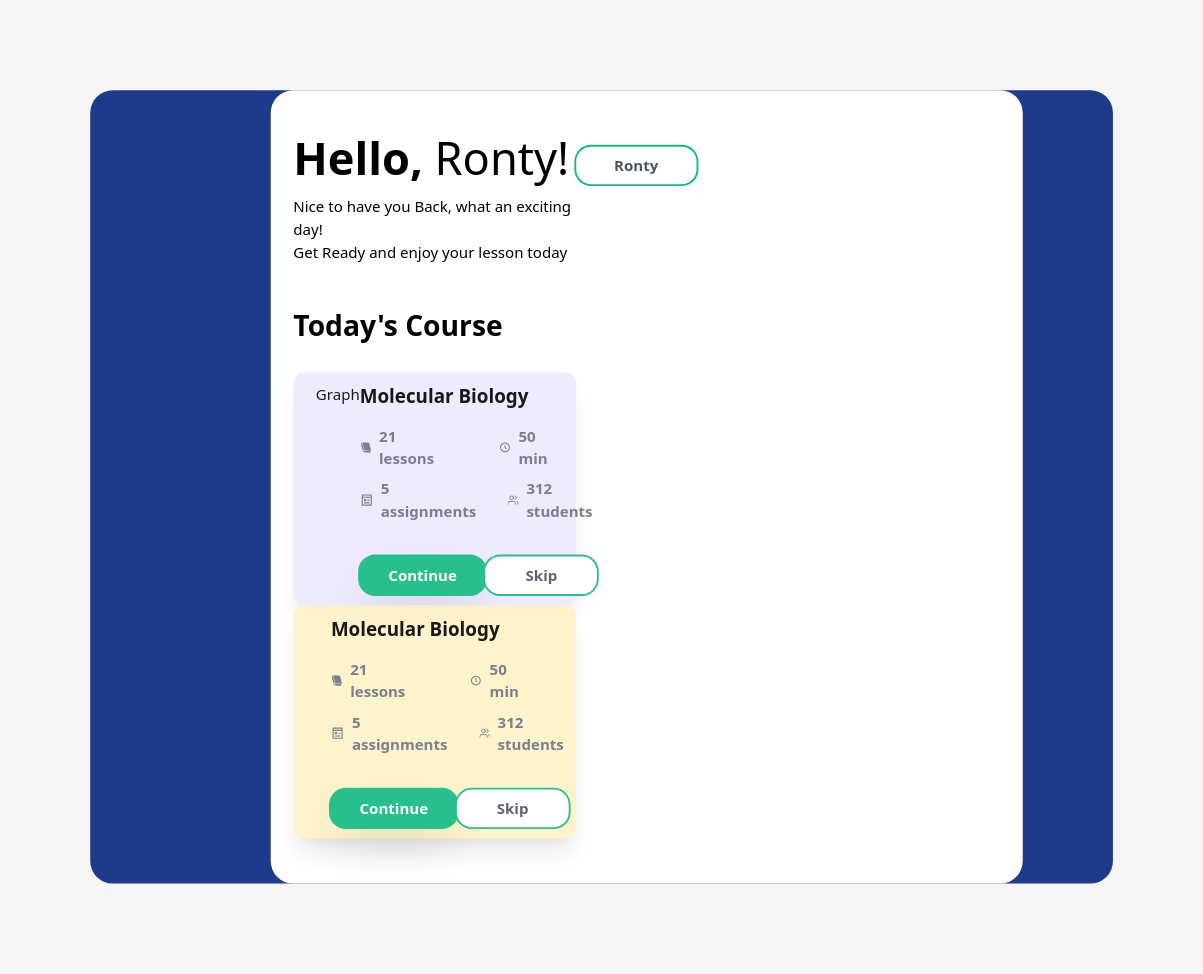
Repository: coolronts/Vite-Tailwind
Page: /
The author's editor kept a copy of each file at every save. The page is drawn from the files as they stood at one save, then again after the next save.
The browser window is 1280 px wide. The pictures show the whole page, at 94% of full size.
The project was rebuilt for these pictures with package versions that can differ from the ones it lists, and the page was loaded fresh each time. Also part of the build but not shown: vite.config.js.

Above is the page before, as saved 2021-11-26 13:56:43.

### src/App.jsx
import './App.css'

import {Course, Intro} from './Section'
import { PrimaryButton, SecondaryButton } from './components/Button'

import Class from './Section/Class'
import {PrimaryCard} from './components/Card'
import SplitScreen from './components/SplitScreen'

function App() {

  return (

    <div className="App ">
      <div className="pl-24 bg-blue-900 m-24 rounded-3xl">
      <div className="bg-white my-12 mx-24 rounded-3xl px-6 py-12">
      <SplitScreen leftWeight = 'w-2/5'>
        <div id="left">
          <Intro/>
          <div id="course">
            <p className="text-3xl font-bold  font-sans mb-8">Today's Course</p>
            <PrimaryCard>
              <Course/>
            </PrimaryCard>
            <PrimaryCard color="yellow">
              <Class/>
            </PrimaryCard>
          </div>
        </div>

        <div id="right">
          <SecondaryButton name="Ronty"/>
        </div>


        </SplitScreen>
        </div>
      </div>
      </div>
  )
}

export default App

### src/Section/index.js
import Course from "./Course";
import Intro from "./Intro";

export { Intro, Course };

### src/components/Button/index.jsx
import React from 'react'

export const PrimaryButton = ({name}) =>{
  return (
    <button className="bg-green-500 w-36 py-2 ring-2 ring-green-500 text-white text-md font-semibold shadow-2xl rounded-2xl mt-3">
      {name}
    </button>
  )
}

export const SecondaryButton = ({name}) =>{
  return (
    <button className="bg-white w-32 py-2 ring-2 ring-green-500 text-gray-600 text-md font-semibold  rounded-2xl mt-3">
      {name}
    </button>
  )
}

### src/Section/Class/index.jsx
import {PrimaryButton, SecondaryButton} from '../../components/Button'

import { BiTimeFive } from 'react-icons/bi'
import {FiUsers} from 'react-icons/fi'
import { GiWhiteBook } from 'react-icons/gi'
import React from 'react'
import { RiPagesLine } from 'react-icons/ri'
import SplitScreen from '../../components/SplitScreen'

export default function Class({
  course = "Molecular Biology",
  lessons = "21",
  assignments = "5",
  time = "50",
  students = "312"
}) {
  return (
    <SplitScreen leftWeight = 'w-1/3 mr-4' rightWeight = 'w-full'>
      <div id="left" className="flex flex-col justify-center h-full ">
        <img className="rounded-2xl" src="data:[embedded picture, 7543 characters]" alt=""/>
      </div>
      <div id="right">
        <h4 className="font-bold text-xl mb-4">{course}</h4>
        <div className="flex flex-col w-5/6">
          <div className="flex  text-gray-500 font-semibold mb-2">
            <p className="flex items-center mr-16"> <GiWhiteBook className="mr-2"/>  {lessons} lessons</p>
            <p className="flex items-center"> <BiTimeFive className="mr-2"/>  {time} min</p>
          </div>
          <div className="flex  text-gray-500 font-semibold text-left">
            <p className="flex items-center mr-8"> <RiPagesLine className="mr-2"/>  {assignments} assignments</p>
            <p className="flex items-center"> <FiUsers className="mr-2"/>  {students} students</p>
          </div>
        </div>
        <div className="flex justify-around mt-6">
          <PrimaryButton name="Continue" />
          <SecondaryButton name="Skip" />
        </div>
      </div>
    </SplitScreen>
  )
}

### src/components/Card/index.jsx
import React from 'react'

export const PrimaryCard =({children, color="purple"}) => {
  return (
    <div className={`bg-${color}-100 py-3 px-6 rounded-xl shadow-xl opacity-90`}>
      {children}
    </div>
  )
}

### src/components/SplitScreen/index.jsx
import PropTypes from 'prop-types'
import React from "react"
import tw from "tailwind-styled-components"

const Container = tw.div`${(props) => props.weight}`;

const Pane = tw.div`${(props) => props.weight}`;

const SplitScreen = ({
	children,
	containerWeight = 'flex w-full',
  leftWeight = 'w-1/2',
	rightWeight = 'w-1/2',
}) => {
	const [left, right] = children;
	return (
		<Container className={containerWeight}>
			<Pane className={leftWeight}>
				{left}
			</Pane>
			<Pane className={rightWeight}>
				{right}
			</Pane>
		</Container>
	);
}

export default SplitScreen

SplitScreen.propTypes = {
	children: PropTypes.arrayOf(PropTypes.node).isRequired,
	containerWeight: PropTypes.string,
	leftWeight: PropTypes.string,
	rightWeight: PropTypes.string,
}

### src/Section/Course/index.jsx
import {PrimaryButton, SecondaryButton} from '../../components/Button'

import {BiTimeFive} from 'react-icons/bi'
import {FiUsers} from 'react-icons/fi'
import { GiWhiteBook } from 'react-icons/gi'
import React from 'react'
import { RiPagesLine } from 'react-icons/ri'
import SplitScreen from '../../components/SplitScreen'

export default function Course({
  course = "Molecular Biology",
  lessons = "21",
  assignments = "5",
  time = "50",
  students = "312"
}) {
  return (
    <SplitScreen leftWeight = 'w-1/5' rightWeight = 'w-full'>
      <div id="left">
        Graph
      </div>
      <div id="right">
        <h4 className="font-bold text-xl mb-4">{course}</h4>
        <div className="flex flex-col w-5/6">
          <div className="flex  text-gray-500 font-semibold mb-2">
            <p className="flex items-center mr-16"> <GiWhiteBook className="mr-2"/>  {lessons} lessons</p>
            <p className="flex items-center"> <BiTimeFive className="mr-2"/>  {time} min</p>
          </div>
          <div className="flex  text-gray-500 font-semibold text-left">
            <p className="flex items-center mr-8"> <RiPagesLine className="mr-2"/>  {assignments} assignments</p>
            <p className="flex items-center"> <FiUsers className="mr-2"/>  {students} students</p>
          </div>
        </div>
        <div className="flex justify-around mt-6">
          <PrimaryButton name="Continue" />
          <SecondaryButton name="Skip" />
        </div>
      </div>
    </SplitScreen>
  )
}

### src/Section/Intro/index.jsx
import React from 'react'

export default function Intro({name}) {
  return (
    <div className="mb-12">
      <h3 className="text-5xl font-sans font-bold mb-4">Hello, <span className="font-light">Ronty!</span> </h3>
      <div className="font-semibold tracking-wide text-gray-500">

      </div>
      <h5>Nice to have you Back, what an exciting day!</h5>
      <h5>Get Ready and enjoy your lesson today</h5>
    </div>
  )
}

Loaded but not shown: index.html (common file); src/main.jsx (common file); src/index.css (common file); src/App.css (common file); tailwind.config.js (common file)

After the next save:
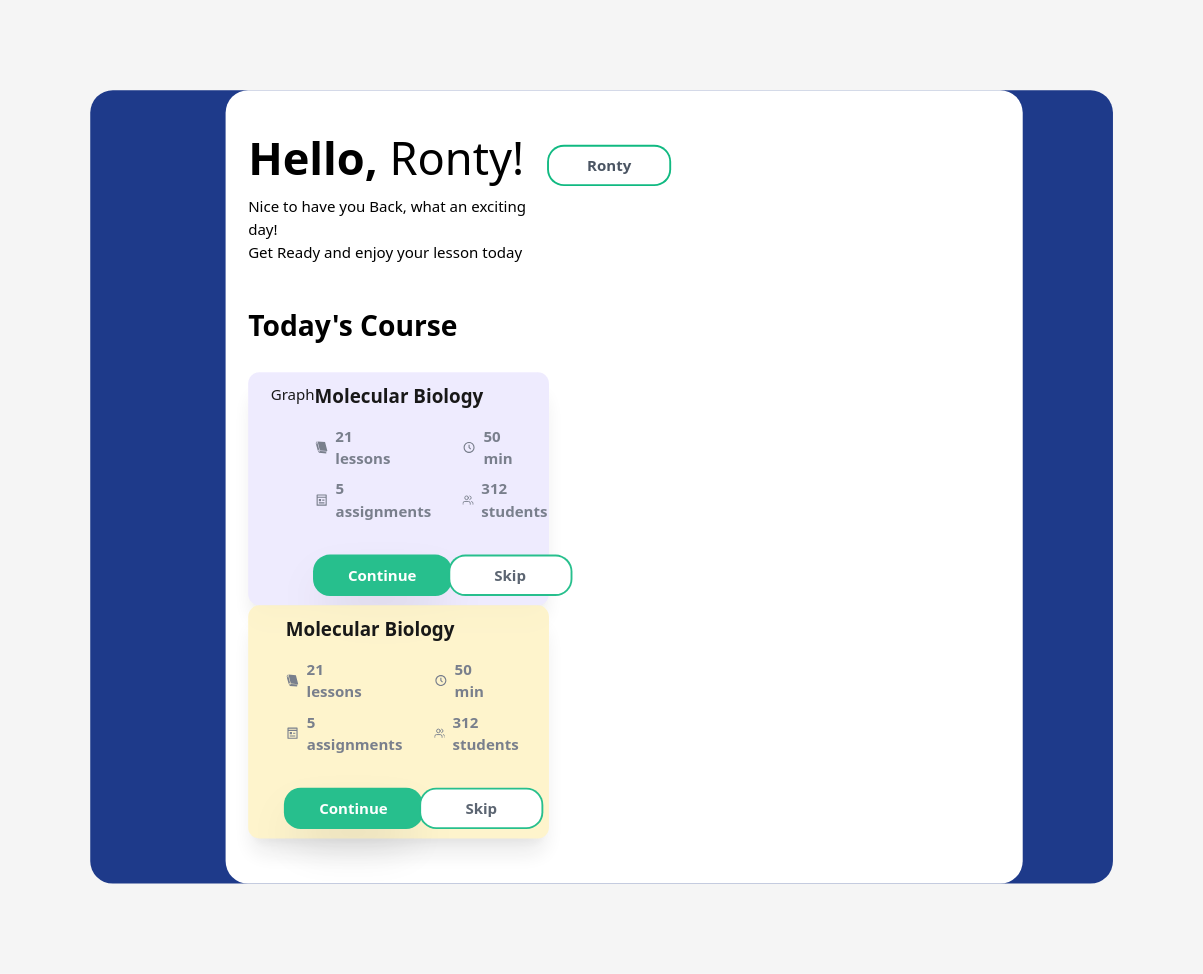
Saved 10 s later.
--- a/src/App.jsx
+++ b/src/App.jsx
@@ -12,7 +12,7 @@ function App() {
   return (
 
     <div className="App ">
-      <div className="pl-24 bg-blue-900 m-24 rounded-3xl">
+      <div className="pl-12 bg-blue-900 m-24 rounded-3xl">
       <div className="bg-white my-12 mx-24 rounded-3xl px-6 py-12">
       <SplitScreen leftWeight = 'w-2/5'>
         <div id="left">
